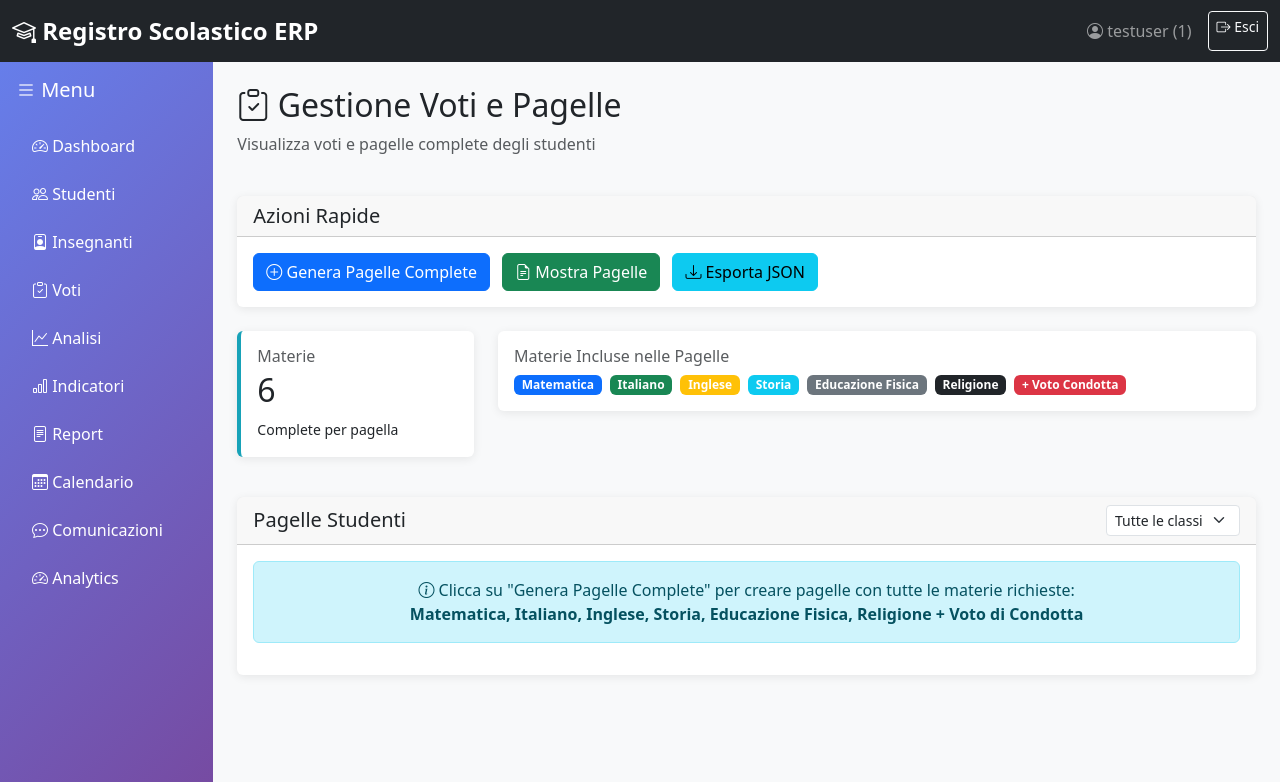
Repository: ballales1984-wq/ManagerSchool
Page: http://localhost/voti
These files come from the project's save history. The page is drawn as it stood at one moment and after the next save; the edit follows.
The browser window is 1280 px wide. The pictures show the whole page.
The page is served by the project's application, run on Flask 3 (interfaccia_erp.py). The session is filled in as if someone had signed in: {"username": "testuser", "ruolo": 1}. Other server files are loaded and not shown.

Above is the page before, as saved 2025-10-28 22:33:38.

### templates/voti.html
{% extends "base.html" %}

{% block title %}Voti - Registro Scolastico ERP{% endblock %}

{% block content %}
<div class="row mb-4">
    <div class="col">
        <h2><i class="bi bi-clipboard-check"></i> Gestione Voti e Pagelle</h2>
        <p class="text-muted">Visualizza voti e pagelle complete degli studenti</p>
    </div>
</div>

<!-- Azioni rapide -->
<div class="row mb-4">
    <div class="col">
        <div class="card">
            <div class="card-header">
                <h5 class="mb-0">Azioni Rapide</h5>
            </div>
            <div class="card-body">
                <button class="btn btn-primary me-2" onclick="generaPagelleComplete()">
                    <i class="bi bi-plus-circle"></i> Genera Pagelle Complete
                </button>
                <button class="btn btn-success me-2" onclick="mostraPagelle()">
                    <i class="bi bi-file-earmark-text"></i> Mostra Pagelle
                </button>
                <button class="btn btn-info" onclick="esportaPagelle()">
                    <i class="bi bi-download"></i> Esporta JSON
                </button>
            </div>
        </div>
    </div>
</div>

<!-- Statistiche Voti -->
<div class="row mb-4">
    <div class="col-md-3 mb-3">
        <div class="card stat-card info">
            <div class="card-body">
                <h6 class="text-muted mb-1">Materie</h6>
                <h2>6</h2>
                <small>Complete per pagella</small>
            </div>
        </div>
    </div>
    <div class="col-md-9">
        <div class="card">
            <div class="card-body">
                <h6 class="text-muted mb-2">Materie Incluse nelle Pagelle</h6>
                <div class="d-flex flex-wrap gap-2">
                    <span class="badge bg-primary">Matematica</span>
                    <span class="badge bg-success">Italiano</span>
                    <span class="badge bg-warning">Inglese</span>
                    <span class="badge bg-info">Storia</span>
                    <span class="badge bg-secondary">Educazione Fisica</span>
                    <span class="badge bg-dark">Religione</span>
                    <span class="badge bg-danger">+ Voto Condotta</span>
                </div>
            </div>
        </div>
    </div>
</div>

<!-- Area Pagelle -->
<div class="row">
    <div class="col">
        <div class="card">
            <div class="card-header d-flex justify-content-between align-items-center">
                <h5 class="mb-0">Pagelle Studenti</h5>
                <div>
                    <select class="form-select form-select-sm d-inline-block w-auto" id="filtroClasse" title="Filtra per classe">
                        <option value="">Tutte le classi</option>
                        <option value="1A">1A</option>
                        <option value="2A">2A</option>
                        <option value="3A">3A</option>
                        <option value="4A">4A</option>
                        <option value="5A">5A</option>
                    </select>
                </div>
            </div>
            <div class="card-body">
                <div id="pagelleContainer">
                    <div class="alert alert-info text-center">
                        <i class="bi bi-info-circle"></i>
                        Clicca su "Genera Pagelle Complete" per creare pagelle con tutte le materie richieste:
                        <br><strong>Matematica, Italiano, Inglese, Storia, Educazione Fisica, Religione + Voto di Condotta</strong>
                    </div>
                </div>
            </div>
        </div>
    </div>
</div>

<!-- Template Pagella -->
<template id="pagellaTemplate">
    <div class="pagella-card border rounded mb-3 p-3">
        <div class="row">
            <div class="col-md-4">
                <h6 class="mb-1"><strong class="student-name"></strong></h6>
                <p class="text-muted mb-2">
                    <small>Classe: <span class="student-class"></span> | Età: <span class="student-age"></span> anni</small>
                </p>
                <div class="mb-2">
                    <span class="badge bg-success">Media: <span class="media-generale"></span></span>
                    <span class="badge bg-primary ms-1">Condotta: <span class="voto-condotta"></span></span>
                </div>
                <p class="text-muted small mb-0">
                    Assenze: <span class="assenze"></span> |
                    <span class="note-pagella"></span>
                </p>
            </div>
            <div class="col-md-8">
                <div class="row g-2 voti-materie">
                    <!-- Voti materie inseriti dinamicamente -->
                </div>
            </div>
        </div>
    </div>
</template>

{% endblock %}

{% block extra_js %}
<script>
let pagelleData = [];

async function generaPagelleComplete() {
    try {
        const btn = event.target;
        btn.disabled = true;
        btn.innerHTML = '<i class="bi bi-hourglass-split"></i> Generando...';

        // Chiama API per generare pagelle reali
        const response = await fetch('/api/pagelle/genera', {
            method: 'POST',
            headers: {
                'Content-Type': 'application/json',
            }
        });

        const result = await response.json();

        if (result.successo) {
            // Mostra statistiche di generazione
            const stats = result.statistiche;
            alert(`Pagelle generate con successo!\n\n` +
                  `• Studenti: ${stats.studenti}\n` +
                  `• Voti creati: ${stats.voti_creati}\n` +
                  `• Pagelle create: ${stats.pagelle_create}\n` +
                  `• Materie: ${stats.materie}`);

            // Ricarica le pagelle
            await mostraPagelle();
        } else {
            alert('Errore: ' + result.errore);
        }

    } catch (error) {
        console.error('Errore generazione pagelle:', error);
        alert('Errore durante la generazione delle pagelle');
    } finally {
        const btn = event.target;
        btn.disabled = false;
        btn.innerHTML = '<i class="bi bi-plus-circle"></i> Genera Pagelle Complete';
    }
}

async function mostraPagelle() {
    try {
        // Carica pagelle reali dall'API
        const response = await fetch('/api/pagelle');
        const pagelle = await response.json();

        if (pagelle.length === 0) {
            document.getElementById('pagelleContainer').innerHTML =
                '<div class="alert alert-warning">Nessuna pagella trovata. Clicca su "Genera Pagelle Complete" per creare le pagelle.</div>';
            return;
        }

        // Salva i dati per export
        pagelleData = pagelle;

        mostraPagelleReali(pagelle);

        // Carica anche le statistiche
        caricaStatistichePagelle();

    } catch (error) {
        console.error('Errore caricamento pagelle:', error);
        document.getElementById('pagelleContainer').innerHTML =
            '<div class="alert alert-danger">Errore durante il caricamento delle pagelle</div>';
    }
}

function mostraPagelleReali(pagelle) {
    const container = document.getElementById('pagelleContainer');
    const template = document.getElementById('pagellaTemplate');

    container.innerHTML = '';

    // Raggruppa pagelle per classe
    const pagellePerClasse = {};
    pagelle.forEach(item => {
        const classe = item.studente.classe;
        if (!pagellePerClasse[classe]) {
            pagellePerClasse[classe] = [];
        }
        pagellePerClasse[classe].push(item);
    });

    // Ordina le classi
    const classiOrdinate = Object.keys(pagellePerClasse).sort();

    // Crea una sezione per ogni classe
    classiOrdinate.forEach(classe => {
        // Crea header per la classe
        const classeHeader = document.createElement('div');
        classeHeader.className = 'card mb-4';
        classeHeader.innerHTML = `
            <div class="card-header bg-primary text-white">
                <h5 class="mb-0">
                    <i class="bi bi-book"></i> Classe ${classe}
                    <span class="badge bg-light text-dark ms-2">${pagellePerClasse[classe].length} pagelle</span>
                </h5>
            </div>
            <div class="card-body" id="classe-${classe}">
            </div>
        `;

        container.appendChild(classeHeader);
        const classeContainer = document.getElementById(`classe-${classe}`);

        // Aggiungi pagelle della classe
        pagellePerClasse[classe].forEach(item => {
            const clone = template.content.cloneNode(true);

            const studente = item.studente;
            const pagella = item.pagella;

            // Riempi template con dati reali
            clone.querySelector('.student-name').textContent = studente.nome;
            clone.querySelector('.student-class').textContent = studente.classe;
            clone.querySelector('.student-age').textContent = studente.eta;
            clone.querySelector('.media-generale').textContent = pagella.media_generale;
            clone.querySelector('.voto-condotta').textContent = pagella.voto_condotta;
            clone.querySelector('.assenze').textContent = pagella.assenze;
            clone.querySelector('.note-pagella').textContent = pagella.note;

            // Voti per materia (reali dalla pagella)
            const votiContainer = clone.querySelector('.voti-materie');

            // Crea le due righe: materie sopra, voti sotto
            const materie = Object.keys(pagella.voti_materie);
            const voti = Object.values(pagella.voti_materie);

            // Prima riga: nomi materie
            const rigaMaterie = document.createElement('div');
            rigaMaterie.className = 'row mb-2';
            materie.forEach(materia => {
                const col = document.createElement('div');
                col.className = 'col';
                col.innerHTML = `<small class="text-muted text-center d-block">${materia}</small>`;
                rigaMaterie.appendChild(col);
            });
            votiContainer.appendChild(rigaMaterie);

            // Seconda riga: voti
            const rigaVoti = document.createElement('div');
            rigaVoti.className = 'row';
            voti.forEach((voto, index) => {
                const col = document.createElement('div');
                col.className = 'col';

                // Colore badge basato sul voto
                let badgeClass = 'bg-secondary';
                if (voto >= 8) badgeClass = 'bg-success';
                else if (voto >= 7) badgeClass = 'bg-primary';
                else if (voto >= 6) badgeClass = 'bg-warning';
                else badgeClass = 'bg-danger';

                col.innerHTML = `<div class="text-center"><span class="badge ${badgeClass}">${voto.toFixed(1)}</span></div>`;
                rigaVoti.appendChild(col);
            });
            votiContainer.appendChild(rigaVoti);

            // Aggiungi click handler per dettagli studente
            clone.querySelector('.pagella-card').addEventListener('click', () => {
                mostraDettagliStudente(studente.id);
            });
            clone.querySelector('.pagella-card').style.cursor = 'pointer';

            classeContainer.appendChild(clone);
        });
    });
}

async function caricaStatistichePagelle() {
    try {
        const response = await fetch('/api/pagelle/statistiche');
        const stats = await response.json();

        // Aggiorna le statistiche nella pagina
        if (stats.totale_pagelle > 0) {
            console.log('Statistiche pagelle:', stats);

            // Potresti aggiornare elementi dell'interfaccia qui
            // Ad esempio mostrare le medie per materia
        }

    } catch (error) {
        console.error('Errore caricamento statistiche:', error);
    }
}

async function mostraDettagliStudente(studenteId) {
    try {
        const response = await fetch(`/api/pagelle/studente/${studenteId}`);
        const dettagli = await response.json();

        if (dettagli.errore) {
            alert('Errore: ' + dettagli.errore);
            return;
        }

        // Crea popup con dettagli completi
        const modal = document.createElement('div');
        modal.className = 'modal fade';
        modal.innerHTML = `
            <div class="modal-dialog modal-lg">
                <div class="modal-content">
                    <div class="modal-header">
                        <h5 class="modal-title">Dettagli Pagella - ${dettagli.studente.nome}</h5>
                        <button type="button" class="btn-close" data-bs-dismiss="modal"></button>
                    </div>
                    <div class="modal-body">
                        <div class="row">
                            <div class="col-md-6">
                                <h6>Informazioni Studente</h6>
                                <p><strong>Classe:</strong> ${dettagli.studente.classe}</p>
                                <p><strong>Età:</strong> ${dettagli.studente.eta} anni</p>
                                <p><strong>Fragilità:</strong> ${dettagli.studente.fragilita}/100</p>
                            </div>
                            <div class="col-md-6">
                                <h6>Risultati</h6>
                                <p><strong>Media:</strong> ${dettagli.pagella.media_generale}</p>
                                <p><strong>Condotta:</strong> ${dettagli.pagella.voto_condotta}</p>
                                <p><strong>Assenze:</strong> ${dettagli.pagella.assenze}</p>
                            </div>
                        </div>
                        <hr>
                        <h6>Voti Dettagliati (${dettagli.voti_dettagliati.length} voti)</h6>
                        <div class="table-responsive">
                            <table class="table table-sm">
                                <thead>
                                    <tr>
                                        <th>Materia</th>
                                        <th>Voto</th>
                                        <th>Tipo</th>
                                        <th>Data</th>
                                    </tr>
                                </thead>
                                <tbody>
                                    ${dettagli.voti_dettagliati.map(v => `
                                        <tr>
                                            <td>${v.materia}</td>
                                            <td><span class="badge ${v.voto >= 6 ? 'bg-success' : 'bg-danger'}">${v.voto}</span></td>
                                            <td>${v.tipo}</td>
                                            <td>${v.data}</td>
                                        </tr>
                                    `).join('')}
                                </tbody>
                            </table>
                        </div>
                        <hr>
                        <p><strong>Note:</strong> ${dettagli.pagella.note}</p>
                    </div>
                </div>
            </div>
        `;

        document.body.appendChild(modal);
        const bootstrapModal = new bootstrap.Modal(modal);
        bootstrapModal.show();

        // Rimuovi modal quando si chiude
        modal.addEventListener('hidden.bs.modal', () => {
            document.body.removeChild(modal);
        });

    } catch (error) {
        console.error('Errore caricamento dettagli:', error);
        alert('Errore nel caricamento dei dettagli dello studente');
    }
}

function esportaPagelle() {
    if (pagelleData.length === 0) {
        alert('Nessuna pagella da esportare. Genera prima le pagelle.');
        return;
    }

    const dataStr = JSON.stringify(pagelleData, null, 2);
    const dataBlob = new Blob([dataStr], {type: 'application/json'});

    const link = document.createElement('a');
    link.href = URL.createObjectURL(dataBlob);
    link.download = 'pagelle_complete.json';
    link.click();
}

// Carica pagelle all'avvio se disponibili
document.addEventListener('DOMContentLoaded', function() {
    // Carica automaticamente se ci sono studenti
    fetch('/api/studenti')
        .then(response => response.json())
        .then(studenti => {
            if (studenti.length > 0) {
                mostraPagelleSimulate(studenti);
            }
        })
        .catch(console.error);
});
</script>
{% endblock %}

### templates/base.html
<!DOCTYPE html>
<html lang="it">
<head>
    <meta charset="UTF-8">
    <meta name="viewport" content="width=device-width, initial-scale=1.0">
    <title>{% block title %}Registro Scolastico ERP{% endblock %}</title>

    <!-- Bootstrap CSS -->
    <link href="https://cdn.jsdelivr.net/npm/bootstrap@5.3.0/dist/css/bootstrap.min.css" rel="stylesheet">
    <!-- Bootstrap Icons -->
    <link rel="stylesheet" href="https://cdn.jsdelivr.net/npm/bootstrap-icons@1.11.0/font/bootstrap-icons.css">

    <style>
        .sidebar {
            min-height: 100vh;
            background: linear-gradient(135deg, #667eea 0%, #764ba2 100%);
        }
        .main-content {
            background-color: #f8f9fa;
            min-height: 100vh;
        }
        .navbar-brand {
            font-weight: 700;
            font-size: 1.5rem;
        }
        .card {
            border: none;
            box-shadow: 0 2px 10px rgba(0,0,0,0.08);
            transition: transform 0.2s;
        }
        .card:hover {
            transform: translateY(-5px);
        }
        .stat-card {
            border-left: 4px solid;
        }
        .stat-card.primary { border-left-color: #667eea; }
        .stat-card.success { border-left-color: #28a745; }
        .stat-card.warning { border-left-color: #ffc107; }
        .stat-card.danger { border-left-color: #dc3545; }
        .stat-card.info { border-left-color: #17a2b8; }
    </style>

    {% block extra_css %}{% endblock %}
</head>
<body>
    {% if session.username %}
    <!-- Navigation Bar -->
    <nav class="navbar navbar-dark bg-dark">
        <div class="container-fluid">
            <a class="navbar-brand" href="/dashboard">
                <i class="bi bi-mortarboard"></i> Registro Scolastico ERP
            </a>
            <div class="d-flex">
                <span class="navbar-text me-3">
                    <i class="bi bi-person-circle"></i> {{ session.username }} ({{ session.ruolo }})
                </span>
                <a href="/logout" class="btn btn-outline-light btn-sm">
                    <i class="bi bi-box-arrow-right"></i> Esci
                </a>
            </div>
        </div>
    </nav>

    <div class="container-fluid">
        <div class="row">
            <!-- Sidebar -->
            <div class="col-md-2 p-0">
                <div class="sidebar text-white">
                    <div class="p-3">
                        <h5 class="mb-4"><i class="bi bi-list"></i> Menu</h5>
                        <ul class="nav flex-column">
                            <li class="nav-item mb-2">
                                <a class="nav-link text-white {% if request.endpoint == 'dashboard' %}active{% endif %}" href="/dashboard">
                                    <i class="bi bi-speedometer2"></i> Dashboard
                                </a>
                            </li>
                            <li class="nav-item mb-2">
                                <a class="nav-link text-white {% if request.endpoint == 'pagina_studenti' %}active{% endif %}" href="/studenti">
                                    <i class="bi bi-people"></i> Studenti
                                </a>
                            </li>
                            <li class="nav-item mb-2">
                                <a class="nav-link text-white {% if request.endpoint == 'pagina_insegnanti' %}active{% endif %}" href="/insegnanti">
                                    <i class="bi bi-person-badge"></i> Insegnanti
                                </a>
                            </li>
                            <li class="nav-item mb-2">
                                <a class="nav-link text-white {% if request.endpoint == 'pagina_voti' %}active{% endif %}" href="/voti">
                                    <i class="bi bi-clipboard-check"></i> Voti
                                </a>
                            </li>
                            <li class="nav-item mb-2">
                                <a class="nav-link text-white {% if request.endpoint == 'pagina_analisi' %}active{% endif %}" href="/analisi">
                                    <i class="bi bi-graph-up"></i> Analisi
                                </a>
                            </li>
                            <li class="nav-item mb-2">
                                <a class="nav-link text-white {% if request.endpoint == 'pagina_indicatori' %}active{% endif %}" href="/indicatori">
                                    <i class="bi bi-bar-chart"></i> Indicatori
                                </a>
                            </li>
                            <li class="nav-item mb-2">
                                <a class="nav-link text-white {% if request.endpoint == 'pagina_report' %}active{% endif %}" href="/report">
                                    <i class="bi bi-file-text"></i> Report
                                </a>
                            </li>
                            <li class="nav-item mb-2">
                                <a class="nav-link text-white {% if request.endpoint == 'pagina_calendario' %}active{% endif %}" href="/calendario">
                                    <i class="bi bi-calendar3"></i> Calendario
                                </a>
                            </li>
                            <li class="nav-item mb-2">
                                <a class="nav-link text-white {% if request.endpoint == 'pagina_comunicazioni' %}active{% endif %}" href="/comunicazioni">
                                    <i class="bi bi-chat-dots"></i> Comunicazioni
                                </a>
                            </li>
                            <li class="nav-item mb-2">
                                <a class="nav-link text-white {% if request.endpoint == 'pagina_dashboard_dirigenza' %}active{% endif %}" href="/dashboard-dirigenza">
                                    <i class="bi bi-speedometer2"></i> Analytics
                                </a>
                            </li>
                        </ul>
                    </div>
                </div>
            </div>

            <!-- Main Content -->
            <div class="col-md-10 main-content">
                <div class="container-fluid py-4">
                    {% block content %}{% endblock %}
                </div>
            </div>
        </div>
    </div>
    {% else %}
        {% block public_content %}{% endblock %}
    {% endif %}

    <!-- Bootstrap JS -->
    <script src="https://cdn.jsdelivr.net/npm/bootstrap@5.3.0/dist/js/bootstrap.bundle.min.js"></script>
    {% block extra_js %}{% endblock %}
</body>
</html>

Loaded but not shown: interfaccia_erp.py (1021 lines, source omitted); accesso.py (356 lines, source omitted)

After the next save:
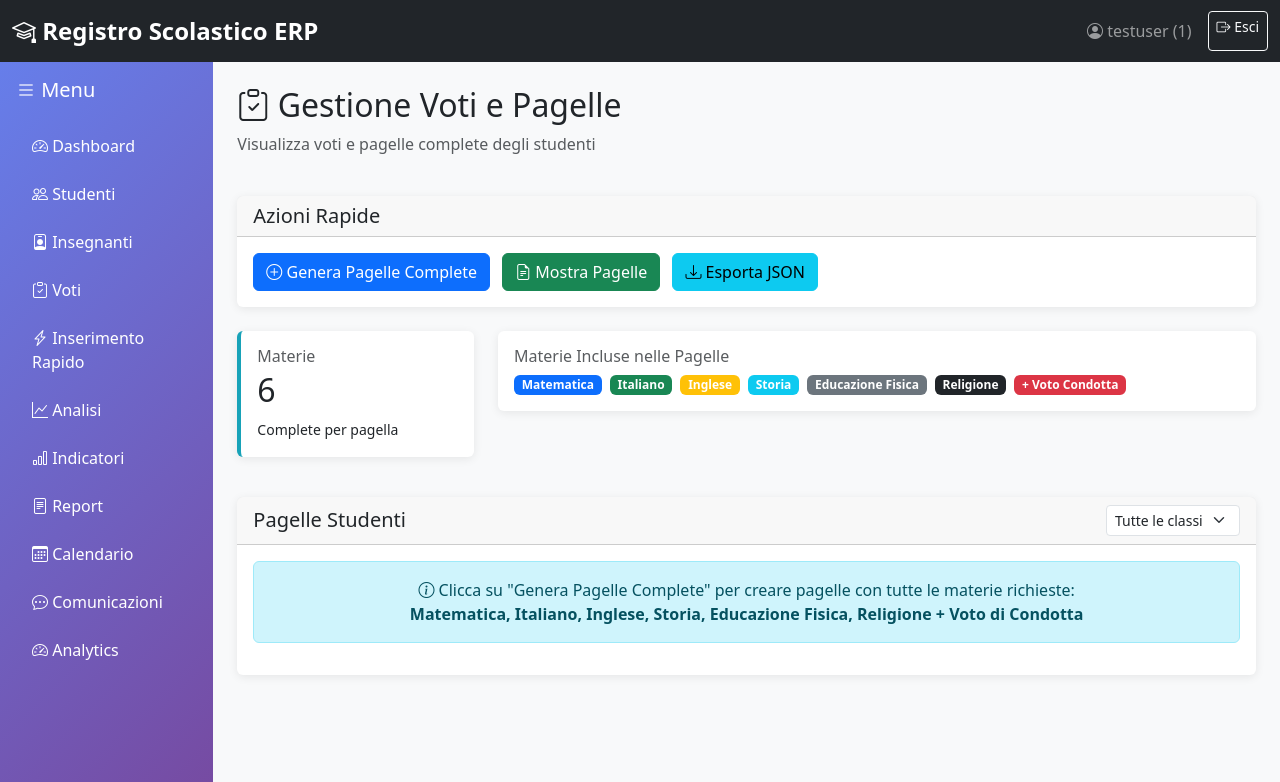
Saved 15 s later.
--- a/templates/base.html
+++ b/templates/base.html
@@ -91,6 +91,11 @@
                                 </a>
                             </li>
                             <li class="nav-item mb-2">
+                                <a class="nav-link text-white {% if request.endpoint == 'pagina_inserimento_voti' %}active{% endif %}" href="/inserimento-voti">
+                                    <i class="bi bi-lightning-charge"></i> Inserimento Rapido
+                                </a>
+                            </li>
+                            <li class="nav-item mb-2">
                                 <a class="nav-link text-white {% if request.endpoint == 'pagina_analisi' %}active{% endif %}" href="/analisi">
                                     <i class="bi bi-graph-up"></i> Analisi
                                 </a>
